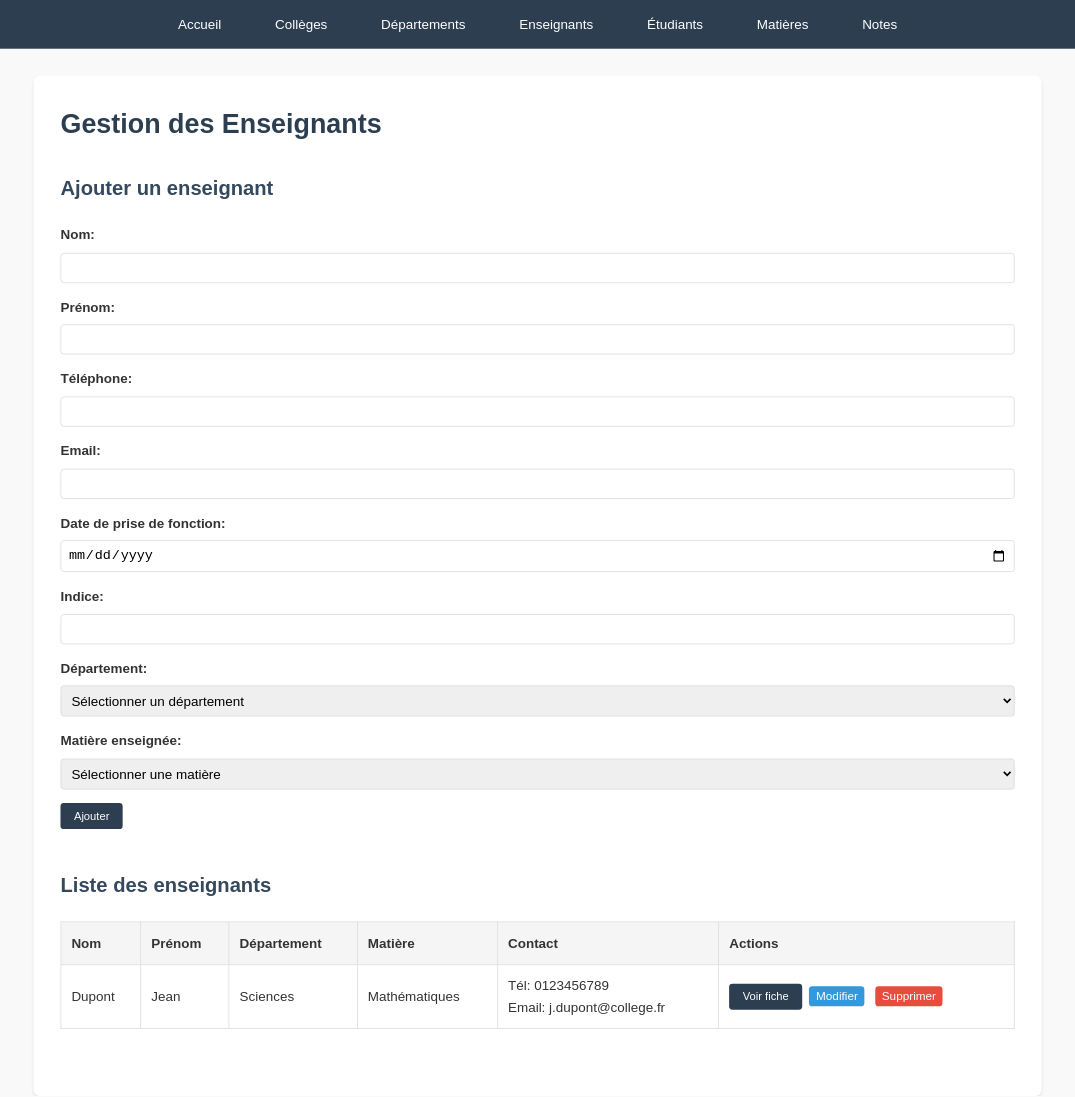
Repository: Ishimw3/college-management
Page: pages/teachers.html
The author's editor kept a copy of each file at every save. The page is drawn from the files as they stood at one save, then again after the next save.
The browser window is 1280 px wide. The pictures show the whole page, at 84% of full size.

Above is the page before, as saved 2025-02-24 19:40:03.

### pages/teachers.html
<!DOCTYPE html>
<html lang="fr">
<head>
    <meta charset="UTF-8">
    <meta name="viewport" content="width=device-width, initial-scale=1.0">
    <title>Gestion des Enseignants</title>
    <link rel="stylesheet" href="../css/college-styles.css">
</head>
<body>
    <nav>
        <ul>
            <li><a href="../index.html">Accueil</a></li>
            <li><a href="colleges.html">Collèges</a></li>
            <li><a href="departements.html">Départements</a></li>
            <li><a href="teachers.html">Enseignants</a></li>
            <li><a href="students.html">Étudiants</a></li>
            <li><a href="subjects.html">Matières</a></li>
            <li><a href="grades.html">Notes</a></li>
        </ul>
    </nav>

    <div class="container">
        <h1>Gestion des Enseignants</h1>

        <!-- Formulaire d'ajout d'enseignant -->
        <section class="form-section">
            <h2>Ajouter un enseignant</h2>
            <form>
                <div class="form-group">
                    <label for="nom">Nom:</label>
                    <input type="text" id="nom" required>
                </div>
                <div class="form-group">
                    <label for="prenom">Prénom:</label>
                    <input type="text" id="prenom" required>
                </div>
                <div class="form-group">
                    <label for="tel">Téléphone:</label>
                    <input type="tel" id="tel" required>
                </div>
                <div class="form-group">
                    <label for="email">Email:</label>
                    <input type="email" id="email" required>
                </div>
                <div class="form-group">
                    <label for="date_fonction">Date de prise de fonction:</label>
                    <input type="date" id="date_fonction" required>
                </div>
                <div class="form-group">
                    <label for="indice">Indice:</label>
                    <input type="number" id="indice" required>
                </div>
                <div class="form-group">
                    <label for="departement">Département:</label>
                    <select id="departement" required>
                        <option value="">Sélectionner un département</option>
                        <option value="1">Sciences</option>
                        <option value="2">Lettres</option>
                    </select>
                </div>
                <div class="form-group">
                    <label for="matiere">Matière enseignée:</label>
                    <select id="matiere" required>
                        <option value="">Sélectionner une matière</option>
                        <option value="1">Mathématiques</option>
                        <option value="2">Physique</option>
                    </select>
                </div>
                <button type="submit">Ajouter</button>
            </form>
        </section>

        <!-- Liste des enseignants -->
        <section class="list-section">
            <h2>Liste des enseignants</h2>
            <table>
                <thead>
                    <tr>
                        <th>Nom</th>
                        <th>Prénom</th>
                        <th>Département</th>
                        <th>Matière</th>
                        <th>Contact</th>
                        <th>Actions</th>
                    </tr>
                </thead>
                <tbody>
                    <tr>
                        <td>Dupont</td>
                        <td>Jean</td>
                        <td>Sciences</td>
                        <td>Mathématiques</td>
                        <td>
                            <span class="contact-info">
                                Tél: 0123456789<br>
                                Email: j.dupont@college.fr
                            </span>
                        </td>
                        <td>
                            <button class="btn-view">Voir fiche</button>
                            <button class="btn-edit">Modifier</button>
                            <button class="btn-delete">Supprimer</button>
                        </td>
                    </tr>
                </tbody>
            </table>
        </section>

        <!-- Fiche signalétique (masquée par défaut) -->
        <section class="fiche-signaletique" id="fiche" style="display: none;">
            <h2>Fiche Signalétique</h2>
            <div class="card">
                <div class="fiche-content">
                    <h3>Informations personnelles</h3>
                    <p><strong>Nom:</strong> <span id="fiche-nom"></span></p>
                    <p><strong>Prénom:</strong> <span id="fiche-prenom"></span></p>
                    <p><strong>Téléphone:</strong> <span id="fiche-tel"></span></p>
                    <p><strong>Email:</strong> <span id="fiche-email"></span></p>
                    <p><strong>Date de prise de fonction:</strong> <span id="fiche-date"></span></p>
                    <p><strong>Indice:</strong> <span id="fiche-indice"></span></p>
                    <h3>Informations professionnelles</h3>
                    <p><strong>Département:</strong> <span id="fiche-departement"></span></p>
                    <p><strong>Matière enseignée:</strong> <span id="fiche-matiere"></span></p>
                </div>
                <button onclick="window.print()">Imprimer la fiche</button>
            </div>
        </section>
    </div>
</body>
</html>

### college-styles.css
/* styles.css */
/* Reset et styles de base */
* {
    margin: 0;
    padding: 0;
    box-sizing: border-box;
}

body {
    font-family: Arial, sans-serif;
    line-height: 1.6;
    color: #333;
    background-color: #f9f9f9;
}

/* Navigation */
nav {
    background: #2c3e50;
    padding: 1rem;
    margin-bottom: 2rem;
}

nav ul {
    list-style: none;
    display: flex;
    justify-content: center;
    gap: 2rem;
    max-width: 1200px;
    margin: 0 auto;
}

nav a {
    color: white;
    text-decoration: none;
    padding: 0.5rem 1rem;
    border-radius: 4px;
    transition: background-color 0.3s;
}

nav a:hover {
    background-color: #34495e;
}

/* Conteneur principal */
.container {
    max-width: 1200px;
    margin: 0 auto;
    padding: 2rem;
    background-color: white;
    border-radius: 8px;
    box-shadow: 0 2px 4px rgba(0,0,0,0.1);
}

/* En-têtes */
h1 {
    margin-bottom: 2rem;
    color: #2c3e50;
}

h2, h3 {
    margin: 1.5rem 0;
    color: #34495e;
}

/* Sections */
.form-section, .list-section {
    margin-bottom: 3rem;
}

/* Formulaires */
.form-group {
    margin-bottom: 1rem;
}

label {
    display: block;
    margin-bottom: 0.5rem;
    font-weight: bold;
}

input, select {
    width: 100%;
    padding: 0.5rem;
    border: 1px solid #ddd;
    border-radius: 4px;
    font-size: 1rem;
}

button {
    padding: 0.5rem 1rem;
    background: #2c3e50;
    color: white;
    border: none;
    border-radius: 4px;
    cursor: pointer;
    transition: background-color 0.3s;
}

button:hover {
    background: #34495e;
}

/* Tableaux */
table {
    width: 100%;
    border-collapse: collapse;
    margin: 1rem 0;
    background-color: white;
}

th, td {
    border: 1px solid #ddd;
    padding: 0.75rem;
    text-align: left;
}

th {
    background: #f5f5f5;
    font-weight: bold;
}

tr:nth-child(even) {
    background-color: #f9f9f9;
}

/* Boutons dans les tableaux */
.btn-edit, .btn-delete {
    padding: 0.25rem 0.5rem;
    margin: 0 0.25rem;
    font-size: 0.875rem;
}

.btn-edit {
    background: #3498db;
}

.btn-delete {
    background: #e74c3c;
}

/* Cartes */
.card {
    border: 1px solid #ddd;
    padding: 1.5rem;
    border-radius: 8px;
    margin: 1rem 0;
    background-color: white;
}

/* Impression */
@media print {
    nav, button, .form-section {
        display: none;
    }

    body {
        background: white;
    }

    .container {
        box-shadow: none;
        padding: 0;
    }

    table {
        border: 1px solid #ddd;
    }
}

/* Responsive */
@media (max-width: 768px) {
    nav ul {
        flex-direction: column;
        align-items: center;
    }

    .container {
        padding: 1rem;
    }

    table {
        display: block;
        overflow-x: auto;
    }
}

### assets/css/main.css
/* Reset et styles de base */
* {
    margin: 0;
    padding: 0;
    box-sizing: border-box;
}

body {
    font-family: Arial, sans-serif;
    line-height: 1.6;
    color: #333;
    background-color: #f9f9f9;
}

/* Navigation */
nav {
    background: #2c3e50;
    padding: 1rem;
    margin-bottom: 2rem;
}

nav ul {
    list-style: none;
    display: flex;
    justify-content: center;
    gap: 2rem;
    max-width: 1200px;
    margin: 0 auto;
}

nav a {
    color: white;
    text-decoration: none;
    padding: 0.5rem 1rem;
    border-radius: 4px;
    transition: background-color 0.3s;
}

nav a:hover {
    background-color: #34495e;
}

/* Conteneur principal */
.container {
    max-width: 1200px;
    margin: 0 auto;
    padding: 2rem;
    background-color: white;
    border-radius: 8px;
    box-shadow: 0 2px 4px rgba(0,0,0,0.1);
}

/* En-têtes */
h1 {
    margin-bottom: 2rem;
    color: #2c3e50;
}

h2, h3 {
    margin: 1.5rem 0;
    color: #34495e;
}

/* Sections */
.form-section, .list-section {
    margin-bottom: 3rem;
}

/* Formulaires */
.form-group {
    margin-bottom: 1rem;
}

label {
    display: block;
    margin-bottom: 0.5rem;
    font-weight: bold;
}

input, select {
    width: 100%;
    padding: 0.5rem;
    border: 1px solid #ddd;
    border-radius: 4px;
    font-size: 1rem;
}

button {
    padding: 0.5rem 1rem;
    background: #2c3e50;
    color: white;
    border: none;
    border-radius: 4px;
    cursor: pointer;
    transition: background-color 0.3s;
}

button:hover {
    background: #34495e;
}

/* Tableaux */
table {
    width: 100%;
    border-collapse: collapse;
    margin: 1rem 0;
    background-color: white;
}

th, td {
    border: 1px solid #ddd;
    padding: 0.75rem;
    text-align: left;
}

th {
    background: #f5f5f5;
    font-weight: bold;
}

tr:nth-child(even) {
    background-color: #f9f9f9;
}

/* Boutons dans les tableaux */
.btn-edit, .btn-delete {
    padding: 0.25rem 0.5rem;
    margin: 0 0.25rem;
    font-size: 0.875rem;
}

.btn-edit {
    background: #3498db;
}

.btn-delete {
    background: #e74c3c;
}

/* Cartes */
.card {
    border: 1px solid #ddd;
    padding: 1.5rem;
    border-radius: 8px;
    margin: 1rem 0;
    background-color: white;
}

/* Impression */
@media print {
    nav, button, .form-section {
        display: none;
    }

    body {
        background: white;
    }

    .container {
        box-shadow: none;
        padding: 0;
    }

    table {
        border: 1px solid #ddd;
    }
}

/* Responsive */
@media (max-width: 768px) {
    nav ul {
        flex-direction: column;
        align-items: center;
    }

    .container {
        padding: 1rem;
    }

    table {
        display: block;
        overflow-x: auto;
    }
}

/* Grille de statistiques */
.stats-grid {
    display: grid;
    grid-template-columns: repeat(auto-fit, minmax(250px, 1fr));
    gap: 1.5rem;
    margin: 1.5rem 0;
}

.stat-card {
    background: white;
    padding: 1.5rem;
    border-radius: 8px;
    box-shadow: 0 2px 4px rgba(0,0,0,0.1);
}

.stat-item {
    display: flex;
    flex-direction: column;
    align-items: center;
    padding: 1rem;
    background: #f8f9fa;
    border-radius: 8px;
}

.stat-label {
    font-size: 0.875rem;
    color: #6c757d;
    margin-bottom: 0.5rem;
}

.stat-value {
    font-size: 1.5rem;
    font-weight: bold;
    color: #2c3e50;
}

/* Filtres */
.filters {
    display: grid;
    grid-template-columns: repeat(auto-fit, minmax(200px, 1fr));
    gap: 1rem;
    margin-bottom: 1.5rem;
    padding: 1rem;
    background: #f8f9fa;
    border-radius: 8px;
}

/* Liste sans puces */
ul {
    list-style: none;
    padding: 0;
}

ul li {
    padding: 0.5rem 0;
    border-bottom: 1px solid #eee;
}

/* États des salles */
.rooms-list td:last-child {
    font-weight: bold;
}

.rooms-list td:last-child:contains('Disponible') {
    color: #28a745;
}

.rooms-list td:last-child:contains('En cours') {
    color: #dc3545;
}

/* Améliorations pour l'impression */
@media print {
    .filters,
    .form-section,
    .btn-edit,
    .btn-delete {
        display: none;
    }

    .stats-grid {
        display: block;
    }

    .stat-card {
        page-break-inside: avoid;
        margin-bottom: 1rem;
    }
}

/* Responsive pour petits écrans */
@media (max-width: 576px) {
    .stats-grid {
        grid-template-columns: 1fr;
    }

    .filters {
        grid-template-columns: 1fr;
    }

    .stat-item {
        padding: 0.75rem;
    }

    .stat-value {
        font-size: 1.25rem;
    }
}

After the next save:
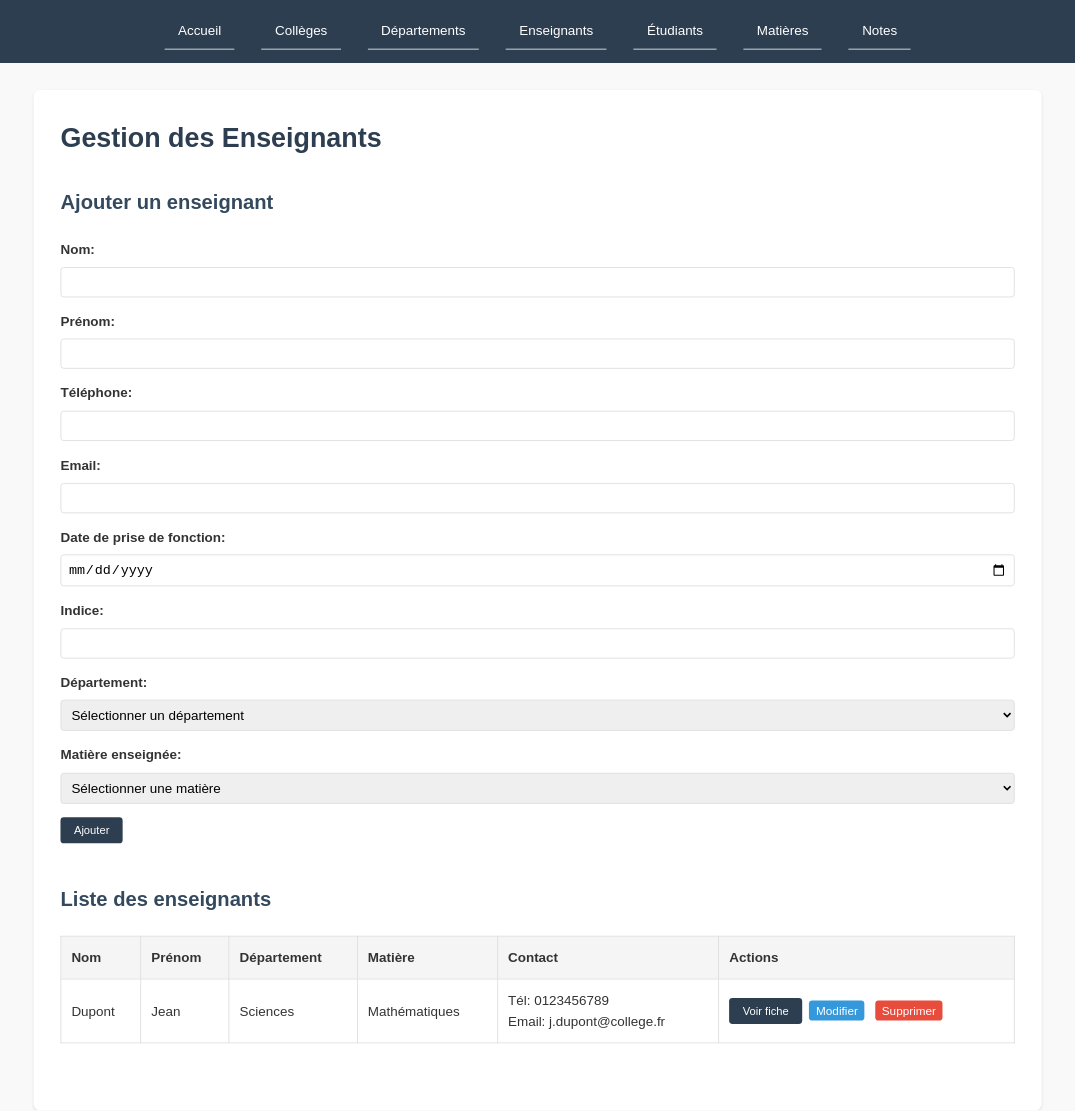
Saved 23 s later.
--- a/pages/teachers.html
+++ b/pages/teachers.html
@@ -4,7 +4,7 @@
     <meta charset="UTF-8">
     <meta name="viewport" content="width=device-width, initial-scale=1.0">
     <title>Gestion des Enseignants</title>
-    <link rel="stylesheet" href="../css/college-styles.css">
+    <link rel="stylesheet" href="../assets/css/main.css">
 </head>
 <body>
     <nav>
